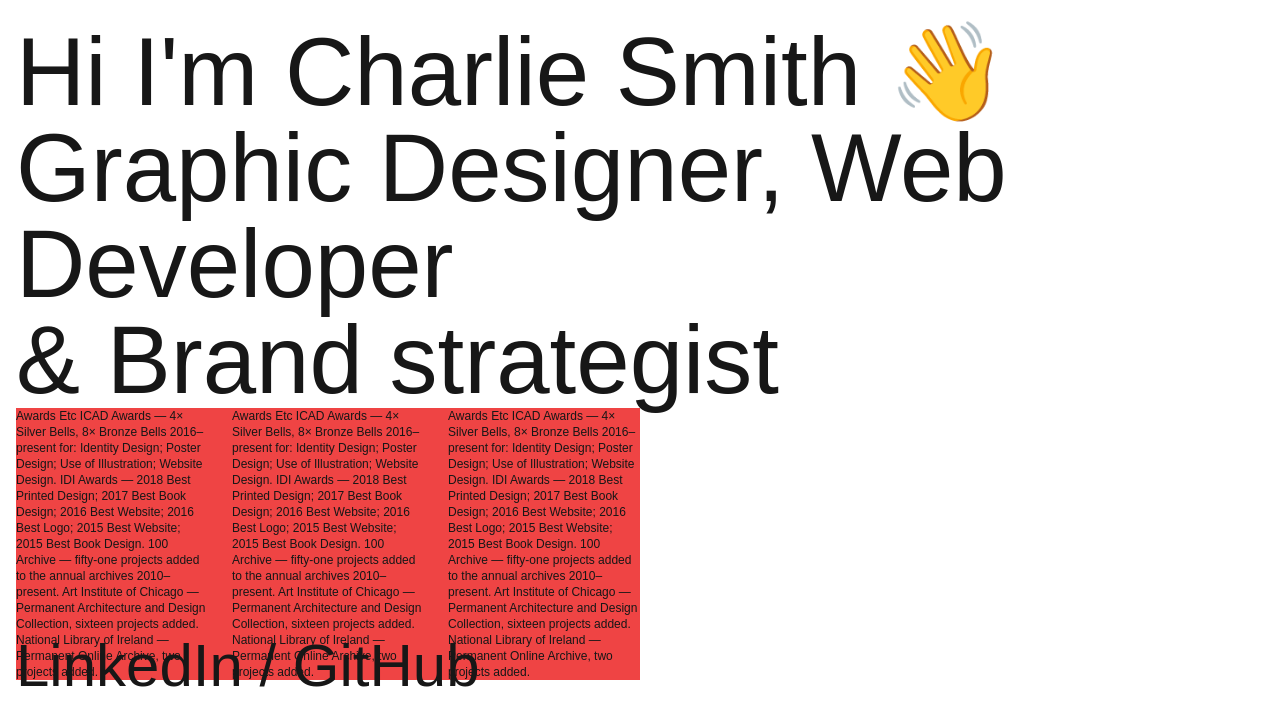
Repository: charlehs/portfolio
Page: /
An editor plug-in stored every save of this project. The page is shown before and after the next save, followed by the edit.
The browser window is 1280 px wide. The pictures show the whole page.
The project was rebuilt for these pictures with package versions that can differ from the ones it lists, and the page was loaded fresh each time. The framework's server and built-in components were replaced by stand-ins that run in the browser. Also part of the build but not shown: next.config.ts.

Above is the page before, as saved 2025-01-02 17:00:48.

### app/layout.tsx
import type { Metadata } from "next";
import localFont from "next/font/local";
import Nav from "./components/Nav";
import "./globals.css";

const geistSans = localFont({
  src: "./fonts/GeistVF.woff",
  variable: "--font-geist-sans",
  weight: "100 900",
});
const geistMono = localFont({
  src: "./fonts/GeistMonoVF.woff",
  variable: "--font-geist-mono",
  weight: "100 900",
});

export const metadata: Metadata = {
  title: "Create Next App",
  description: "Generated by create next app",
};

export default function RootLayout({
  children,
}: Readonly<{
  children: React.ReactNode;
}>) {
  return (
    <html lang="en">
      <body
        className={`${geistSans.variable} ${geistMono.variable} antialiased`}
      >
        {/* <Nav /> */}
        {children}
      </body>
    </html>
  );
}

### app/page.tsx
import Image from "next/image";

export default function Home() {
  return (
    <div className="px-4 py-6 flex flex-col justify-between h-screen ">
      <main className=" flex flex-col h-[75%] justify-between">
        <div>
          <p className=" text-8xl">
            Hi I'm Charlie Smith 👋
            <br />{" "}
            <span>
              Graphic Designer, Web Developer
              <br /> & Brand strategist
            </span>
          </p>
        </div>
        <div className="grid grid-cols-3 bg-red-500 text-xs max-w-[50%] gap-6">
          <p>
            Awards Etc ICAD Awards — 4× Silver Bells, 8× Bronze Bells
            2016–present for: Identity Design; Poster Design; Use of
            Illustration; Website Design. IDI Awards — 2018 Best Printed Design;
            2017 Best Book Design; 2016 Best Website; 2016 Best Logo; 2015 Best
            Website; 2015 Best Book Design. 100 Archive — fifty-one projects
            added to the annual archives 2010–present. Art Institute of Chicago
            — Permanent Architecture and Design Collection, sixteen projects
            added. National Library of Ireland — Permanent Online Archive, two
            projects added.
          </p>
          <p>
            Awards Etc ICAD Awards — 4× Silver Bells, 8× Bronze Bells
            2016–present for: Identity Design; Poster Design; Use of
            Illustration; Website Design. IDI Awards — 2018 Best Printed Design;
            2017 Best Book Design; 2016 Best Website; 2016 Best Logo; 2015 Best
            Website; 2015 Best Book Design. 100 Archive — fifty-one projects
            added to the annual archives 2010–present. Art Institute of Chicago
            — Permanent Architecture and Design Collection, sixteen projects
            added. National Library of Ireland — Permanent Online Archive, two
            projects added.
          </p>
          <p>
            Awards Etc ICAD Awards — 4× Silver Bells, 8× Bronze Bells
            2016–present for: Identity Design; Poster Design; Use of
            Illustration; Website Design. IDI Awards — 2018 Best Printed Design;
            2017 Best Book Design; 2016 Best Website; 2016 Best Logo; 2015 Best
            Website; 2015 Best Book Design. 100 Archive — fifty-one projects
            added to the annual archives 2010–present. Art Institute of Chicago
            — Permanent Architecture and Design Collection, sixteen projects
            added. National Library of Ireland — Permanent Online Archive, two
            projects added.
          </p>
        </div>
      </main>
      <footer className=" ">
        <p className=" text-6xl">LinkedIn / GitHub</p>
      </footer>
    </div>
  );
}

### app/globals.css
@tailwind base;
@tailwind components;
@tailwind utilities;

:root {
  --background: #ffffff;
  --foreground: #171717;
}

@media (prefers-color-scheme: dark) {
  :root {
    --background: #0a0a0a;
    --foreground: #ededed;
  }
}

body {
  color: var(--foreground);
  background: var(--background);
  font-family: Arial, Helvetica, sans-serif;
}

@font-face {
  font-family: "Harmond";
  src: url("/fonts/Harmond-SemiBoldCondensed.otf") format("opentype");
  font-weight: 600; /* Regular */
  font-style: normal;
}

@font-face {
  font-family: "Harmond";
  src: url("/fonts/Harmond-SemBdItaCond.otf") format("opentype");
  font-weight: 600; /* Bold */
  font-style: italic;
}
@font-face {
  font-family: "Harmond";
  src: url("/fonts/Harmond-ExtraBoldExpanded.otf") format("opentype");
  font-weight: 800; /* Bold */
  font-style: normal;
}

.harmond-text {
  font-family: "Harmond", sans-serif;
}

.extra-bold {
  font-family: "Harmond", sans-serif;
  font-weight: 800;
  font-style: normal;
}

Loaded but not shown: tailwind.config.ts (common file)

After the next save:
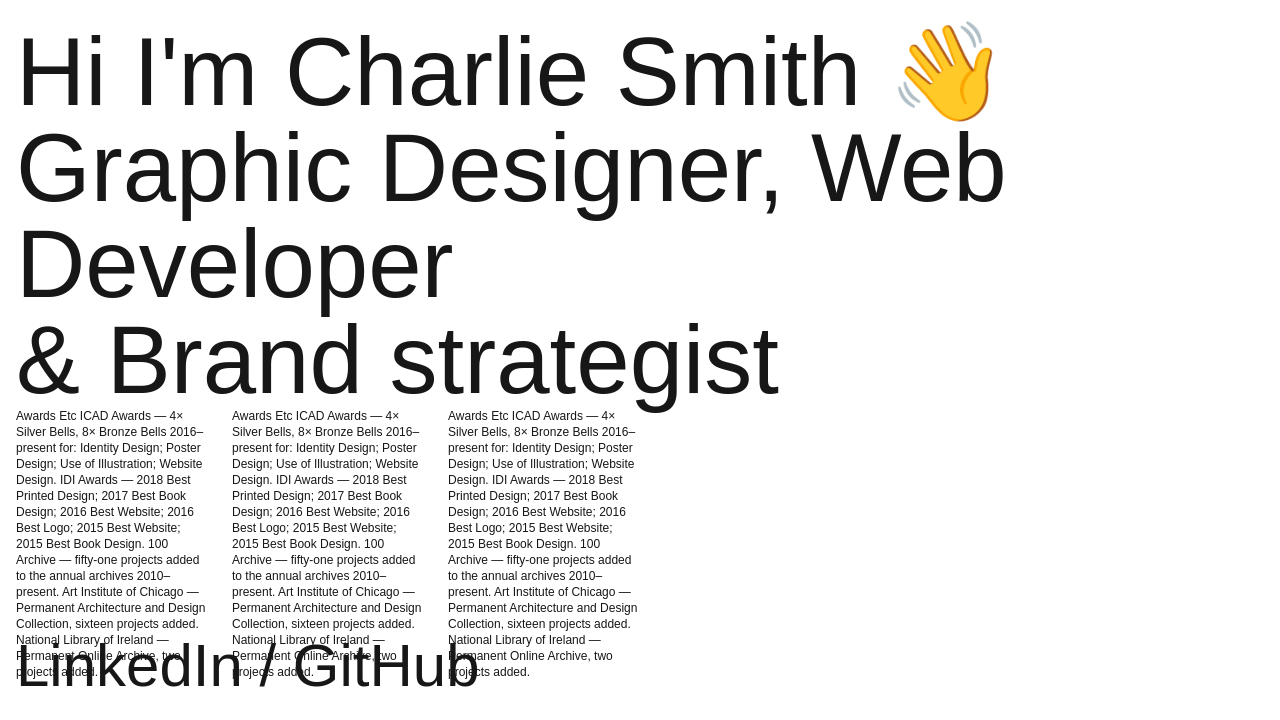
Saved 85 min 38 s later.
--- a/app/page.tsx
+++ b/app/page.tsx
@@ -14,7 +14,7 @@ export default function Home() {
             </span>
           </p>
         </div>
-        <div className="grid grid-cols-3 bg-red-500 text-xs max-w-[50%] gap-6">
+        <div className="grid grid-cols-3  text-xs max-w-[50%] gap-6">
           <p>
             Awards Etc ICAD Awards — 4× Silver Bells, 8× Bronze Bells
             2016–present for: Identity Design; Poster Design; Use of
